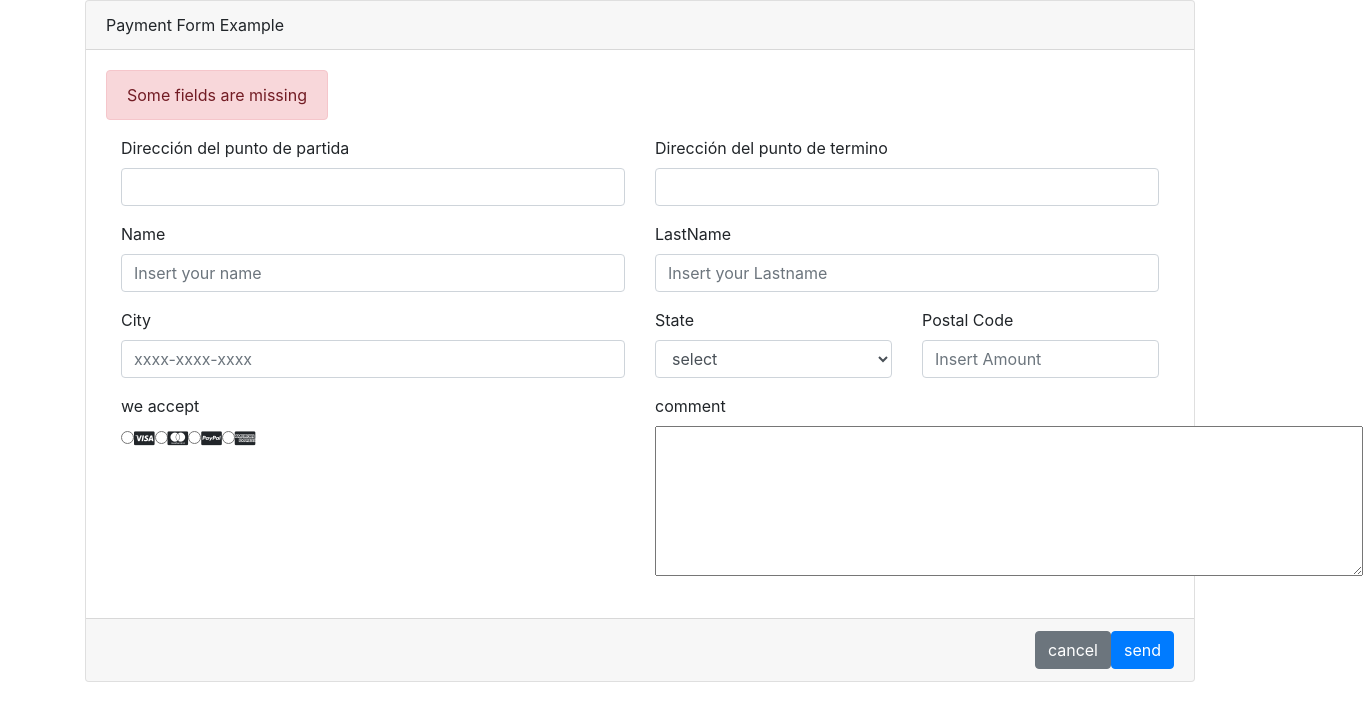
Repository: Jassan851031/foreachTask
Page: /
These files come from the project's save history. The page is drawn as it stood at one moment and after the next save; the edit follows.
The browser window is 1280 px wide. The page is 1363 px wide, so the pictures cover 1363 px, including what lies to the right of the window. The pictures show the whole page.
The project was rebuilt for these pictures with package versions that can differ from the ones it lists, and the page was loaded fresh each time. Also part of the build but not shown: src/App.css.

Above is the page before, as saved 2020-03-23 13:34:37.

### src/index.js
import React from 'react';
import ReactDOM from 'react-dom';
import 'bootstrap/dist/css/bootstrap.min.css';
import 'font-awesome/css/font-awesome.min.css';
import './index.css';
import App from './App';
import * as serviceWorker from './serviceWorker';


 // Add js files
 import 'jquery';
 import 'popper.js';
 import 'bootstrap';

ReactDOM.render(
  <React.StrictMode>
    <App />
  </React.StrictMode>,
  document.getElementById('root')
);

// If you want your app to work offline and load faster, you can change
// unregister() to register() below. Note this comes with some pitfalls.
// Learn more about service workers: https://bit.ly/CRA-PWA
serviceWorker.unregister();

### src/App.js
import React from 'react';
import './App.css';

function App() {
  return (
    <div className="container">
      <div className="row">
        <div className="col-md-12">
          <form>
            <div className="card">
              <div className="card-header">
                Payment Form Example
              </div>
              <div className="card-body">
                <div className="container">
                  <div className="row">
                    <div id="col-md-12">
                      <div className="alert alert-danger">
                        Some fields are missing
                      </div>
                    </div>
                  </div>
                  <div className="row">
                    <div className="col-md-6">
                      <div className="form-g roup">
                        <label className="form-label">Dirección del punto de partida</label>
                        <input type="text" id="no_card" className="form-control" />
                      </div>
                    </div>
                    <div className="col-md-6">
                      <div className="form-group">
                        <label className="form-label">Dirección del punto de termino</label>
                        <input type="text" id="key" className="form-control" />
                      </div>
                    </div>
                  </div>
                  <div className="row">
                    <div className="col-md-6">
                      <div className="form-group">
                        <label className="form-label">Name</label>
                        <input type="text" id="nombre" className="form-control" placeholder="Insert your name" />
                      </div>
                    </div>
                    <div className="col-md-6">
                      <div className="form-group">
                        <label className="form-label">LastName</label>
                        <input type="text" id="apellidos" className="form-control" placeholder="Insert your Lastname" />
                      </div>
                    </div>
                  </div>
                  <div className="row">
                    <div className="col-md-6">
                      <div className="form-group">
                        <label className="form-label">City</label>
                        <input type="text" id="ciudad" className="form-control" placeholder="xxxx-xxxx-xxxx" />
                      </div>
                    </div>
                    <div className="col-md-3">
                      <div className="form-group">
                        <label className="form-label">State</label>
                        <select id="estado" className="form-control">
                          <option value="">select</option>
                          <option value="1"> option 1</option>
                          <option value="1"> option 2</option>
                          <option value="1"> option 3</option>
                          <option value="1"> option 4</option>
                        </select>
                      </div>
                    </div>
                    <div className="col-md-3">
                      <div className="form-group">
                        <label className="form-label">Postal Code</label>
                        <input type="text" id="postal" className="form-control" placeholder="Insert Amount" />
                      </div>
                    </div>
                  </div>
                  <div className="row">
                    <div className="col-md-6">
                      <div className="form-group">
                        <label className="form-label">we accept</label>
                        <br />
                        <div>
                          <input type="radio" name="med_pago" value="visa" />
                          <i className="fa fa-cc-visa"></i>
                          <input type="radio" name="med_pago" value="mastercard" />
                          <i className="fa fa-cc-mastercard"></i>
                          <input type="radio" name="med_pago" value="paypal" />
                          <i className="fa fa-cc-paypal"></i>
                          <input type="radio" name="med_pago" value="amex" />
                          <i className="fa fa-cc-amex"></i>
                        </div>
                      </div>
                    </div>
                    <div className="col-md-6">
                      <div className="form-group">
                        <label className="form-label">comment</label>
                        <br /><textarea name="insert some comment" id="" cols="67" rows="6"></textarea>
                      </div>
                    </div>
                  </div>
                </div>
              </div>
              <div className="card-footer text-right">
                <button className="btn btn-secondary">cancel</button>
                <button className="btn btn-primary">send</button>
              </div>
            </div>
          </form>
        </div>
      </div>
    </div>
  );
}

export default App;

Loaded but not shown: public/index.html (common file); src/index.css (common file); src/serviceWorker.js (common file)

After the next save:
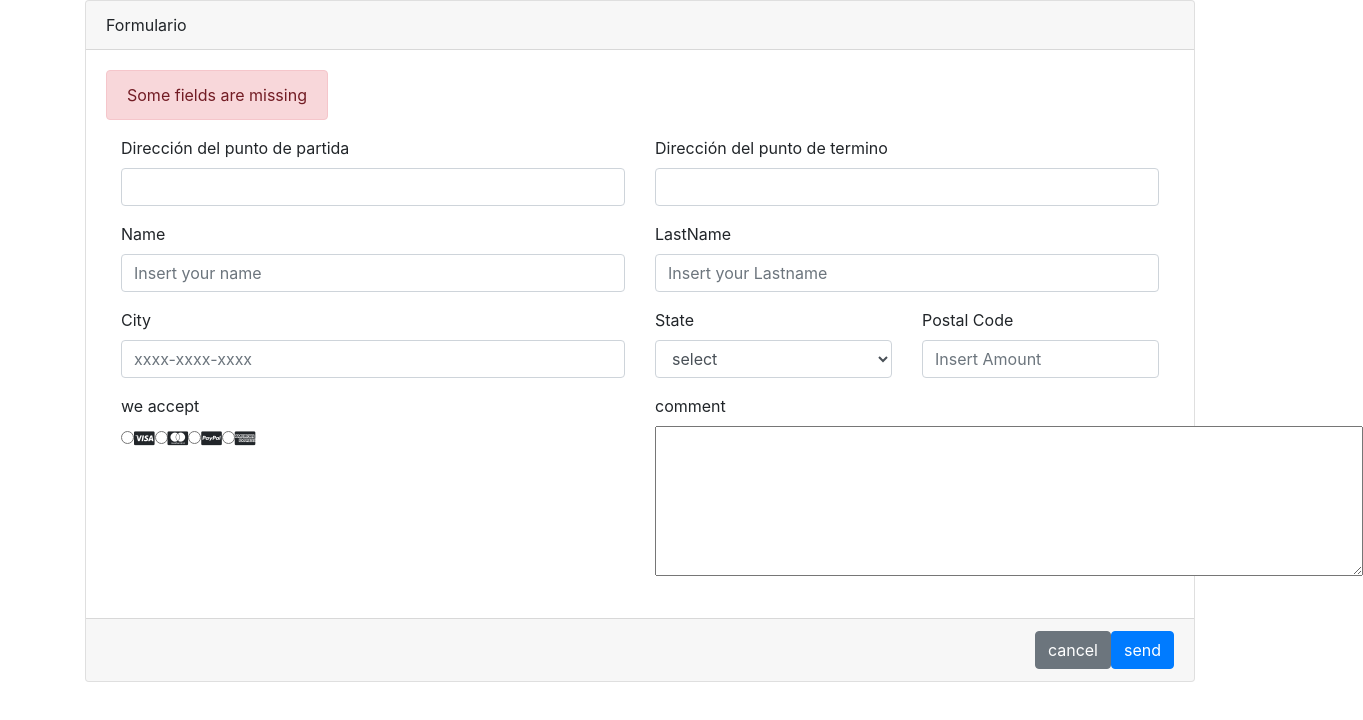
Saved 14 s later.
--- a/src/App.js
+++ b/src/App.js
@@ -9,7 +9,7 @@ function App() {
           <form>
             <div className="card">
               <div className="card-header">
-                Payment Form Example
+                Formulario
               </div>
               <div className="card-body">
                 <div className="container">
